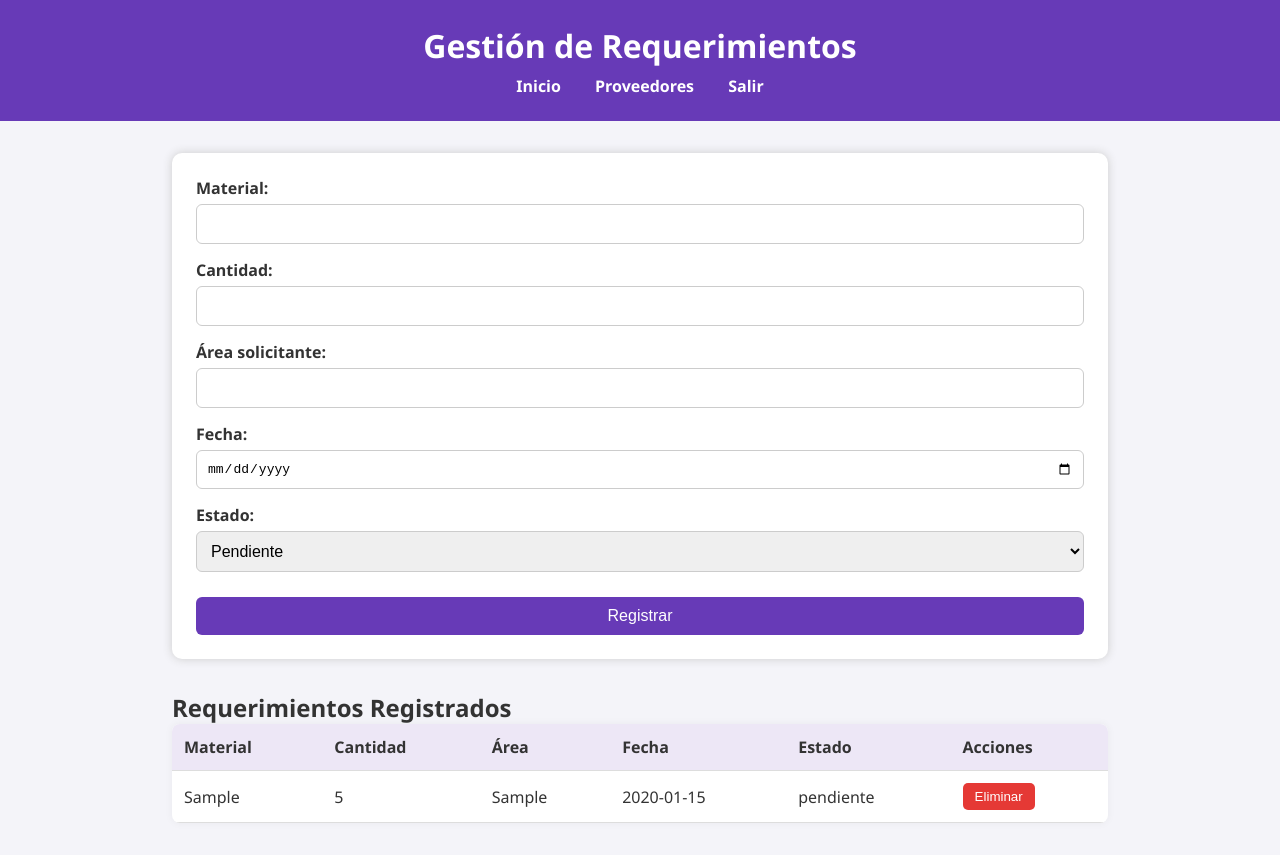
Repository: djkeviin/Mi-primera-chamba
Page: views/requerimientos.html
An editor plug-in stored every save of this project. The page is shown before and after the next save, followed by the edit.
The browser window is 1280 px wide. The pictures show the whole page.
Empty fields were first filled with sample values (such as "Sample", 5 or name@example.com).
After loading, the first visible `#formRequerimiento` was submitted once.

Above is the page before, as saved 2025-05-01 22:51:29.

### views/requerimientos.html
<!DOCTYPE html>
<html lang="es">
<head>
  <meta charset="UTF-8">
  <title>Gestión de Requerimientos</title>
  <link rel="stylesheet" href="../css/requerimientos.css">
</head>
<body>
  <header>
    <h1>Gestión de Requerimientos</h1>
    <nav>
      <a href="dashboard.html">Inicio</a>
      <a href="proveedores.html">Proveedores</a>
      <a href="../index.html">Salir</a>
    </nav>
  </header>

  <main>
    <form id="formRequerimiento">
        <label>Material:
          <input type="text" id="material" name="material" required>
        </label>
        <label>Cantidad:
          <input type="number" id="cantidad" name="cantidad" required>
        </label>
        <label>Área solicitante:
          <input type="text" id="area" name="area" required>
        </label>
        <label>Fecha:
          <input type="date" id="fecha" name="fecha" required>
        </label>
        <label>Estado:
          <select id="estado" name="estado" required>
            <option value="pendiente">Pendiente</option>
            <option value="aprobado">Aprobado</option>
            <option value="rechazado">Rechazado</option>
          </select>
        </label>
        <button type="submit">Registrar</button>
      </form>

      <div id="mensajeExito" class="mensaje-exito" style="display: none;"></div>
        <a href="ordenes.html" id="btnSiguiente" style="display: none;">Siguiente: Orden de Compra</a>

    <section class="lista">
      <h2>Requerimientos Registrados</h2>
      <table>
        <thead>
          <tr>
            <th>Material</th>
            <th>Cantidad</th>
            <th>Área</th>
            <th>Fecha</th>
            <th>Estado</th>
            <th>Acciones</th>
          </tr>
        </thead>
        <tbody id="tablaRequerimientos">
          <!-- Requerimientos dinámicos -->
        </tbody>
      </table>
    </section>
  </main>

  <script src="../js/requerimientos.js"></script>
</body>
</html>

### css/requerimientos.css
/* Reset básico */
* {
    box-sizing: border-box;
    margin: 0;
    padding: 0;
  }

  /* Estilo general */
  body {
    font-family: 'Segoe UI', sans-serif;
    background: #f4f4f9;
    color: #333;
  }

  /* Encabezado */
  header {
    background-color: #673ab7;
    color: white;
    padding: 1.5em;
    text-align: center;
  }

  nav {
    margin-top: 0.5em;
  }

  nav a {
    color: white;
    margin: 0 15px;
    text-decoration: none;
    font-weight: bold;
  }

  nav a:hover {
    text-decoration: underline;
  }

  /* Contenido principal */
  main {
    padding: 2em;
    max-width: 1000px;
    margin: auto;
  }

  /* Formulario */
  form {
    background-color: white;
    padding: 1.5em;
    border-radius: 10px;
    box-shadow: 0 0 10px #ccc;
    margin-bottom: 2em;
  }

  form label {
    display: block;
    margin-bottom: 15px;
    font-weight: bold;
  }

  form input,
  form select,
  form button {
    width: 100%;
    padding: 10px;
    margin-top: 5px;
    border: 1px solid #ccc;
    border-radius: 6px;
    font-size: 1em;
  }

  form button {
    background-color: #673ab7;
    color: white;
    border: none;
    cursor: pointer;
    margin-top: 10px;
  }

  form button:hover {
    background-color: #5e35b1;
  }

  /* Tabla */
  table {
    width: 100%;
    border-collapse: collapse;
    background: white;
    border-radius: 8px;
    box-shadow: 0 0 8px rgba(0, 0, 0, 0.05);
    overflow: hidden;
  }

  thead {
    background-color: #ede7f6;
  }

  th, td {
    text-align: left;
    padding: 12px;
    border-bottom: 1px solid #ddd;
  }

  tr:hover {
    background-color: #f1f1f1;
  }

  button {
    padding: 6px 12px;
    background-color: #e53935;
    color: white;
    border: none;
    border-radius: 5px;
    cursor: pointer;
  }

  button:hover {
    background-color: #c62828;
  }

  .mensaje-exito {
    background-color: #d4edda;
    color: #155724;
    padding: 10px;
    margin: 10px 0;
    border: 1px solid #c3e6cb;
    border-radius: 5px;
  }

  #btnSiguiente {
    display: inline-block;
    margin-top: 10px;
    padding: 10px 15px;
    background-color: #007bff;
    color: white;
    text-decoration: none;
    border-radius: 5px;
  }

  #btnSiguiente:hover {
    background-color: #0056b3;
  }

### js/requerimientos.js
document.addEventListener("DOMContentLoaded", function () {
    mostrarRequerimientos(); // Cargar requerimientos al iniciar

    document.getElementById("formRequerimiento").addEventListener("submit", function (e) {
      e.preventDefault();

      const material = document.getElementById("material").value;
      const cantidad = document.getElementById("cantidad").value;
      const area = document.getElementById("area").value;
      const fecha = document.getElementById("fecha").value;
      const estado = document.getElementById("estado").value;

      const nuevoRequerimiento = {
        material,
        cantidad,
        area,
        fecha,
        estado
      };

      let requerimientos = JSON.parse(localStorage.getItem("requerimientos")) || [];
      requerimientos.push(nuevoRequerimiento);
      localStorage.setItem("requerimientos", JSON.stringify(requerimientos));

      alert("Requerimiento registrado con éxito");
      this.reset();
      mostrarRequerimientos();
    });
  });

  function mostrarRequerimientos() {
    const tabla = document.getElementById("tablaRequerimientos");
    tabla.innerHTML = "";

    const requerimientos = JSON.parse(localStorage.getItem("requerimientos")) || [];

    requerimientos.forEach((req, index) => {
      const fila = document.createElement("tr");

      fila.innerHTML = `
        <td>${req.material}</td>
        <td>${req.cantidad}</td>
        <td>${req.area}</td>
        <td>${req.fecha}</td>
        <td>${req.estado}</td>
        <td>
          <button onclick="eliminarRequerimiento(${index})">Eliminar</button>
        </td>
      `;

      tabla.appendChild(fila);
    });
  }

  function eliminarRequerimiento(index) {
    let requerimientos = JSON.parse(localStorage.getItem("requerimientos")) || [];
    requerimientos.splice(index, 1);
    localStorage.setItem("requerimientos", JSON.stringify(requerimientos));
    mostrarRequerimientos();
  }

After the next save:
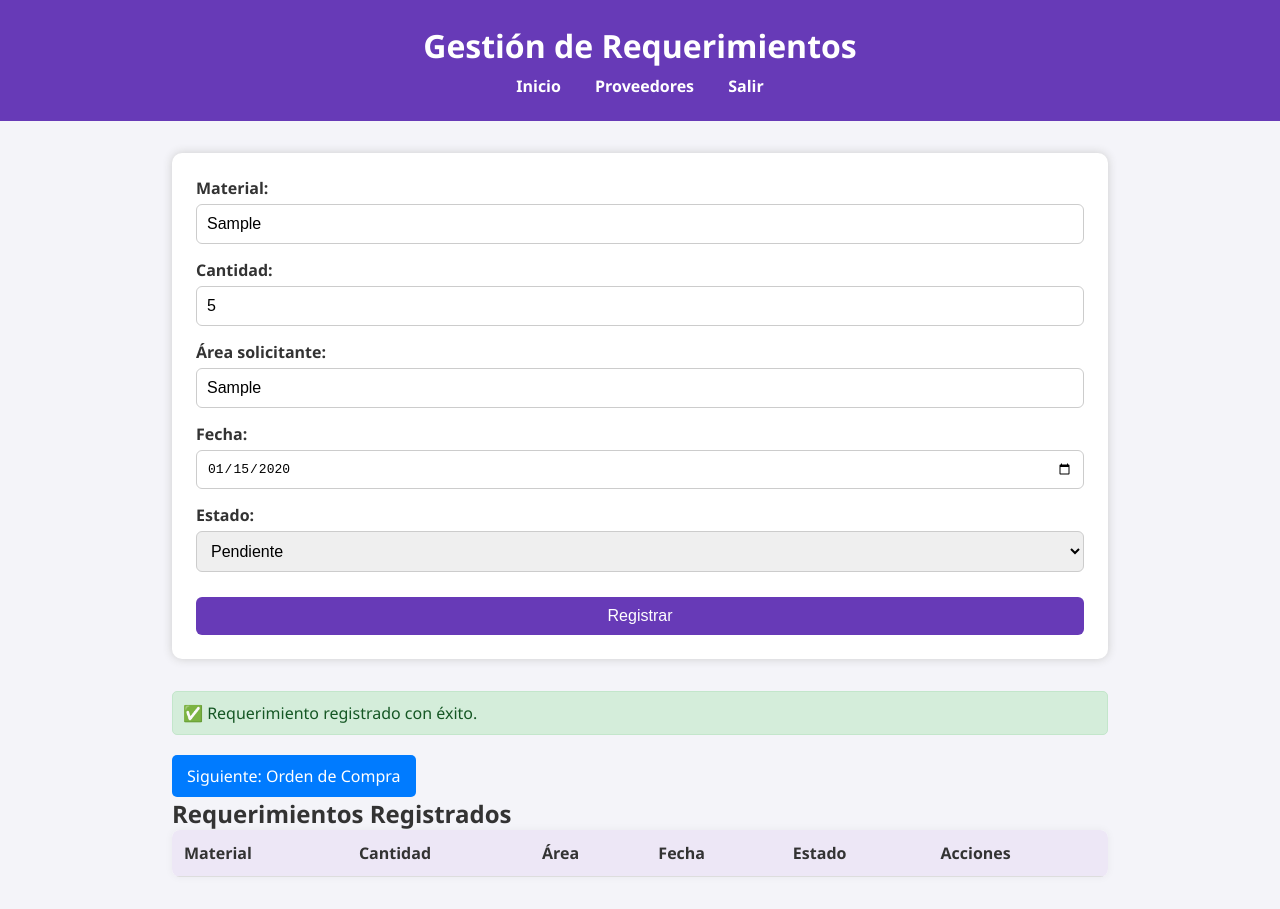
Saved 72 s later.
--- a/js/requerimientos.js
+++ b/js/requerimientos.js
@@ -22,9 +22,11 @@ document.addEventListener("DOMContentLoaded", function () {
       requerimientos.push(nuevoRequerimiento);
       localStorage.setItem("requerimientos", JSON.stringify(requerimientos));
 
-      alert("Requerimiento registrado con éxito");
-      this.reset();
-      mostrarRequerimientos();
+      const mensaje = document.getElementById("mensajeExito");
+      mensaje.textContent = "✅ Requerimiento registrado con éxito.";
+      mensaje.style.display = "block";
+
+      document.getElementById("btnSiguiente").style.display = "inline-block";
     });
   });
 
